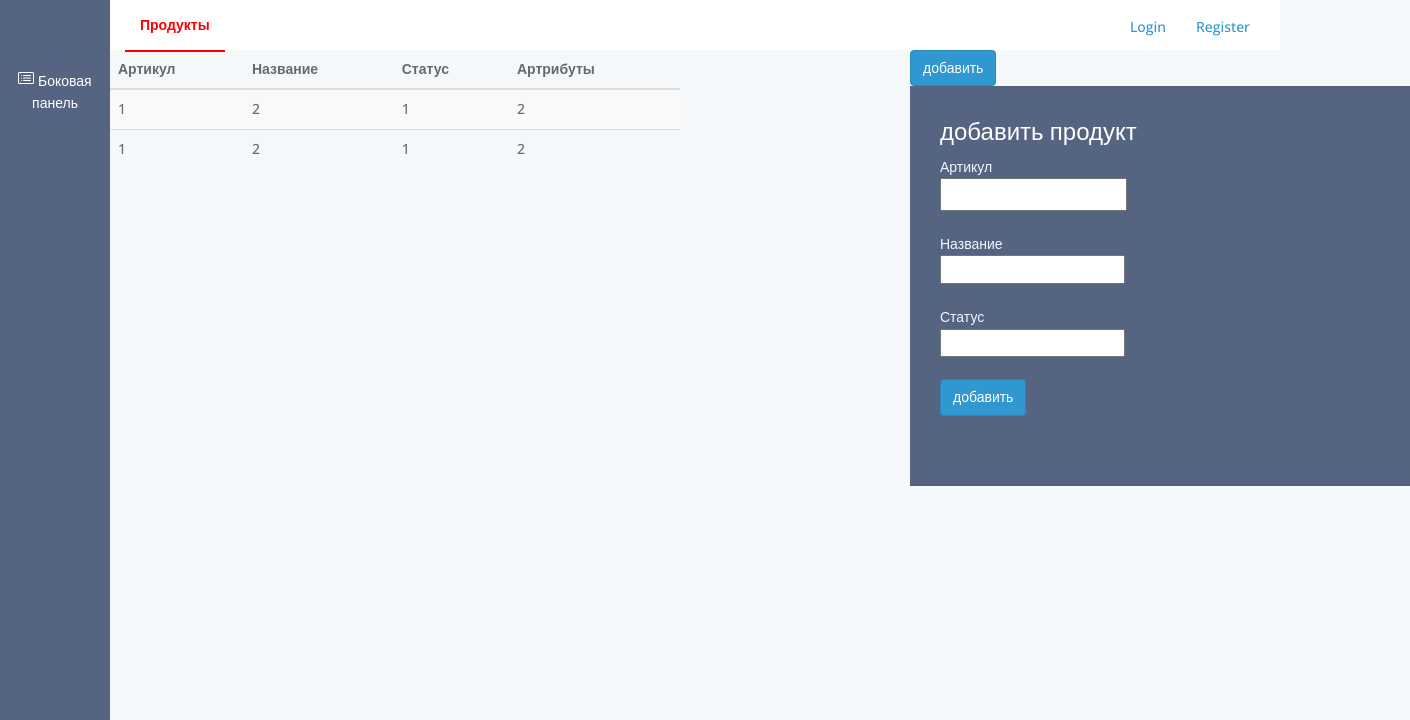
Repository: blackjack043/laravel-crud
Page: http://localhost/page2
The author's editor kept a copy of each file at every save. The page is drawn from the files as they stood at one save, then again after the next save.
The browser window is 1280 px wide. The page is 1410 px wide, so the pictures cover 1410 px, including what lies to the right of the window. The pictures show the whole page.
Some web fonts or font styles are not loaded; a fallback is used. The page is served by the project's Laravel application, run on PHP 8.4 with Laravel 8.

Above is the page before, as saved 2022-03-07 16:14:04.

After the next save:
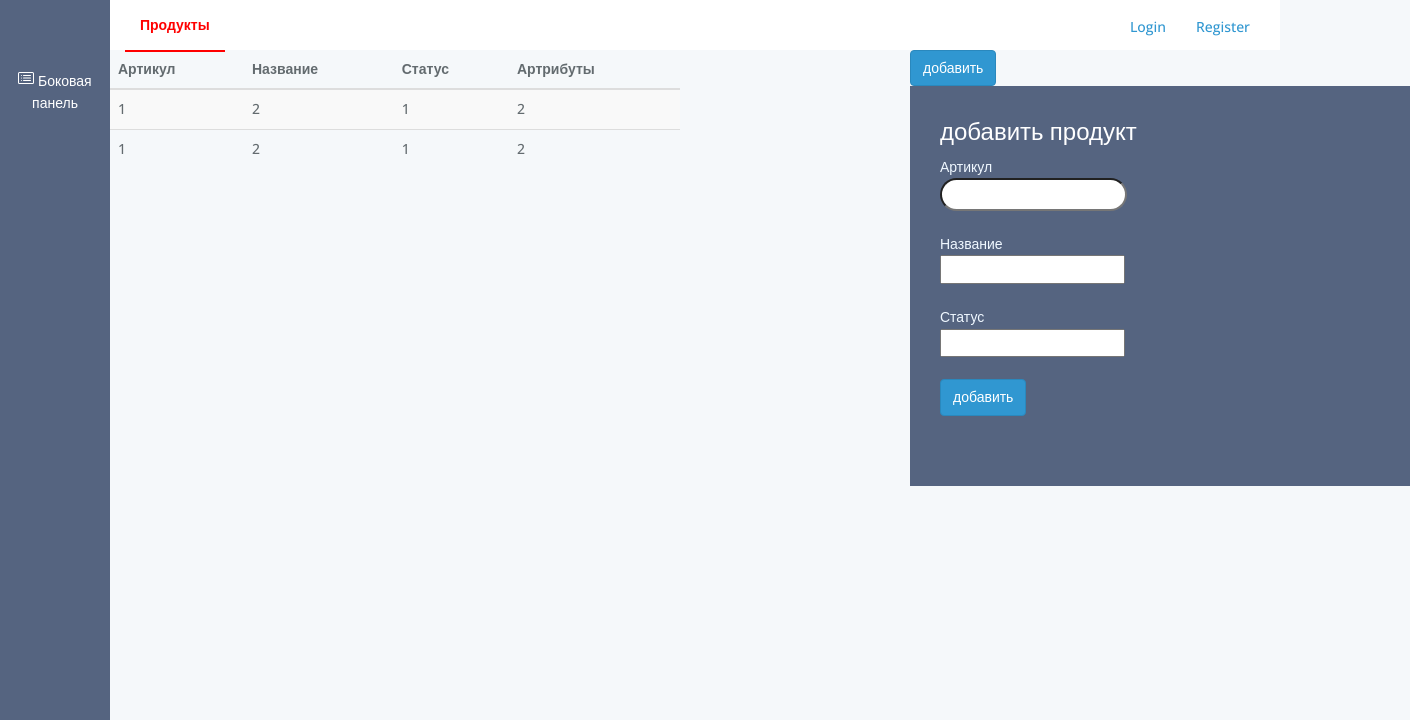
Saved 58 s later.
--- a/resources/views/page2.blade.php
+++ b/resources/views/page2.blade.php
@@ -85,7 +85,7 @@
     <div style="color: white"><h3>добавить продукт</h3></div>
 
     <div> <span style="color:aliceblue"> Артикул </span> </div>
-    <div style="border-radius: 20px;"><input type="text" style="padding: 3px;"/> </div>
+    <div style=""><input type="text" style="padding: 3px;border-radius: 20px;"/> </div>
     <br>
     <div> <span style="color:aliceblue"> Название </span> </div>
     <div><input type="text" /> </div>

After the save that followed:
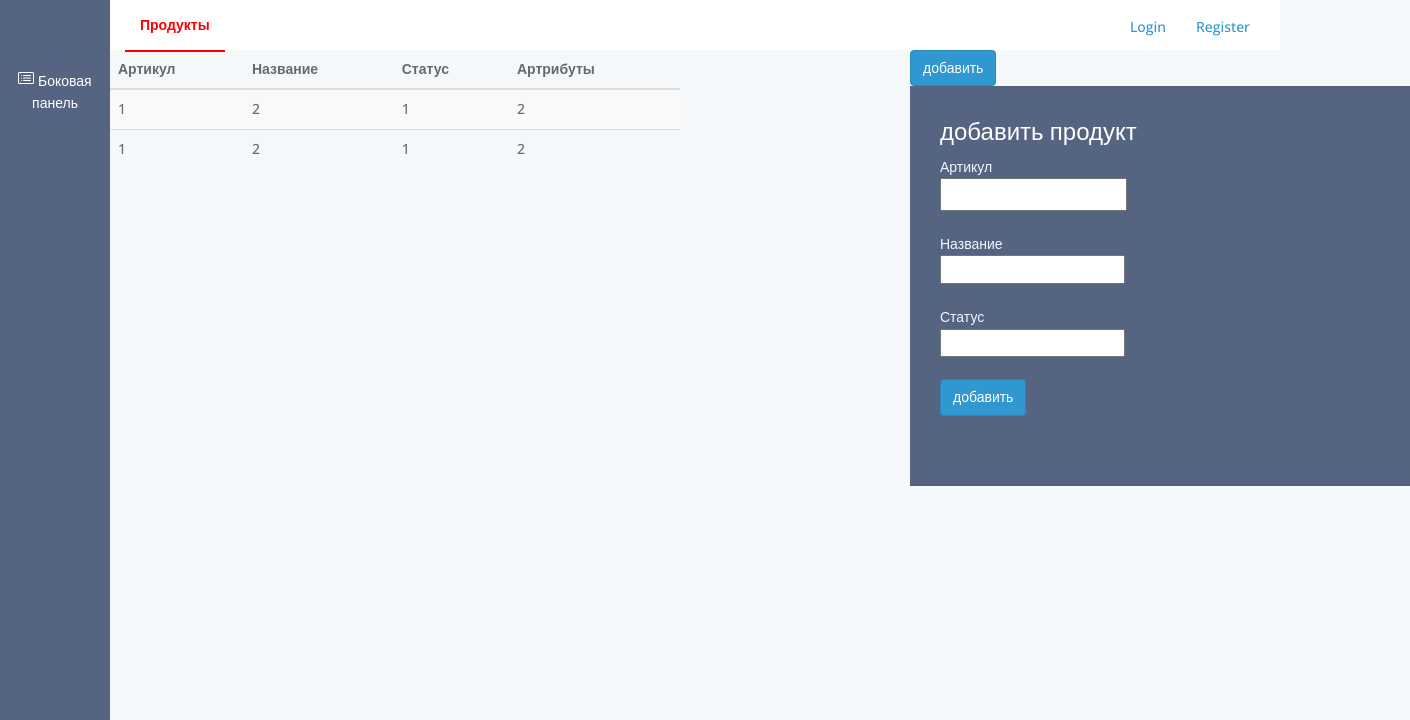
Saved 14 s later.
--- a/resources/views/page2.blade.php
+++ b/resources/views/page2.blade.php
@@ -85,7 +85,7 @@
     <div style="color: white"><h3>добавить продукт</h3></div>
 
     <div> <span style="color:aliceblue"> Артикул </span> </div>
-    <div style=""><input type="text" style="padding: 3px;border-radius: 20px;"/> </div>
+    <div style="border-radius: 20px;"><input type="text" style="padding: 3px;"/> </div>
     <br>
     <div> <span style="color:aliceblue"> Название </span> </div>
     <div><input type="text" /> </div>
